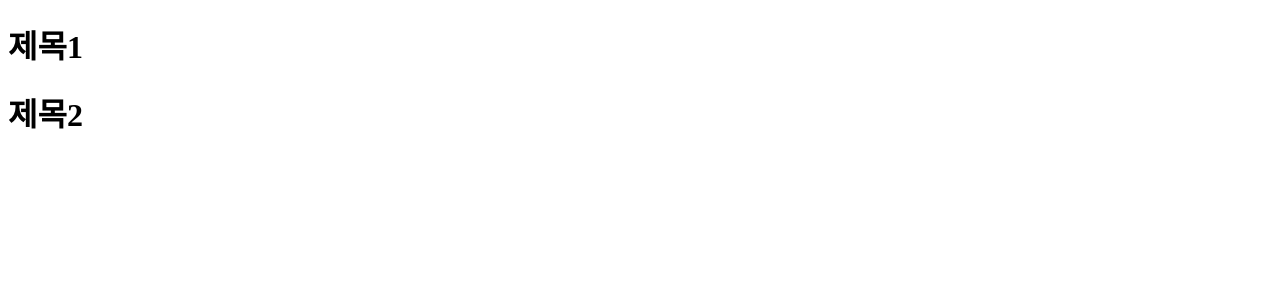
Repository: younseochoi/AI_PLATFORM
Page: my_code/03_web/html/src/main/webapp/css/size.html
An editor plug-in stored every save of this project. The page is shown before and after the next save, followed by the edit.
The browser window is 1280 px wide. The pictures show the whole page.

Above is the page before, as saved 2022-07-25 04:05:11.

### my_code/03_web/html/src/main/webapp/css/size.html
<!DOCTYPE html>
<html>
<head>
<meta charset="UTF-8">
<title>Insert title here</title>
<style>
	h1{
	}
</style>
</head>
<body>
	<h1>제목1</h1>
	<h1>제목2</h1>
</body>
</html>

After the next save:
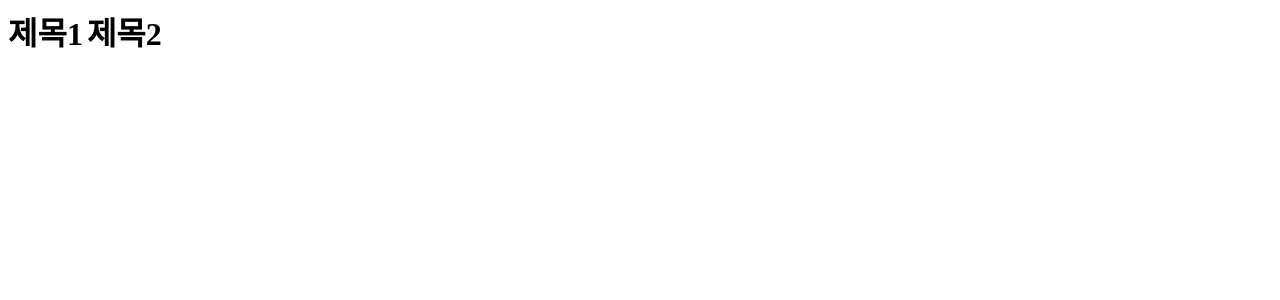
Saved 34 s later.
--- a/my_code/03_web/html/src/main/webapp/css/size.html
+++ b/my_code/03_web/html/src/main/webapp/css/size.html
@@ -4,8 +4,7 @@
 <meta charset="UTF-8">
 <title>Insert title here</title>
 <style>
-	h1{
-	}
+	h1{display: inline;}
 </style>
 </head>
 <body>
